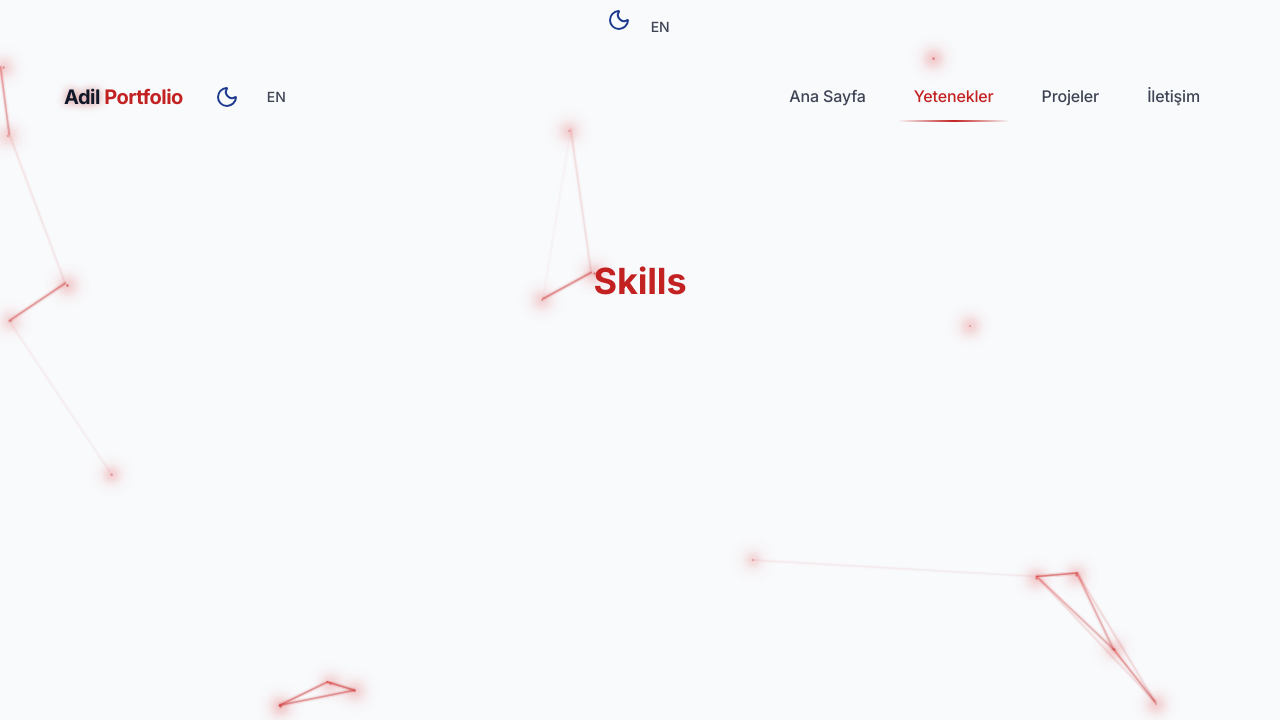
Repository: jusiann/personal-portfolio
Page: /tr/skills (app in my-portfolio/)
An editor plug-in stored every save of this project. The page is shown before and after the next save, followed by the edit.
The browser window is 1280 px wide. The pictures show the whole page.
The project was rebuilt for these pictures with package versions that can differ from the ones it lists, and the page was loaded fresh each time. Also part of the build but not shown: my-portfolio/vite.config.js, my-portfolio/src/components/HomeImage.jsx, my-portfolio/src/components/SocialLinks.jsx, my-portfolio/src/components/HomeCard.jsx, my-portfolio/src/pages/Home.jsx, my-portfolio/src/pages/Projects.jsx, my-portfolio/src/pages/Contact.jsx, my-portfolio/src/pages/NotFound.jsx.

Above is the page before, as saved 2025-11-20 00:13:28.

After the next save:
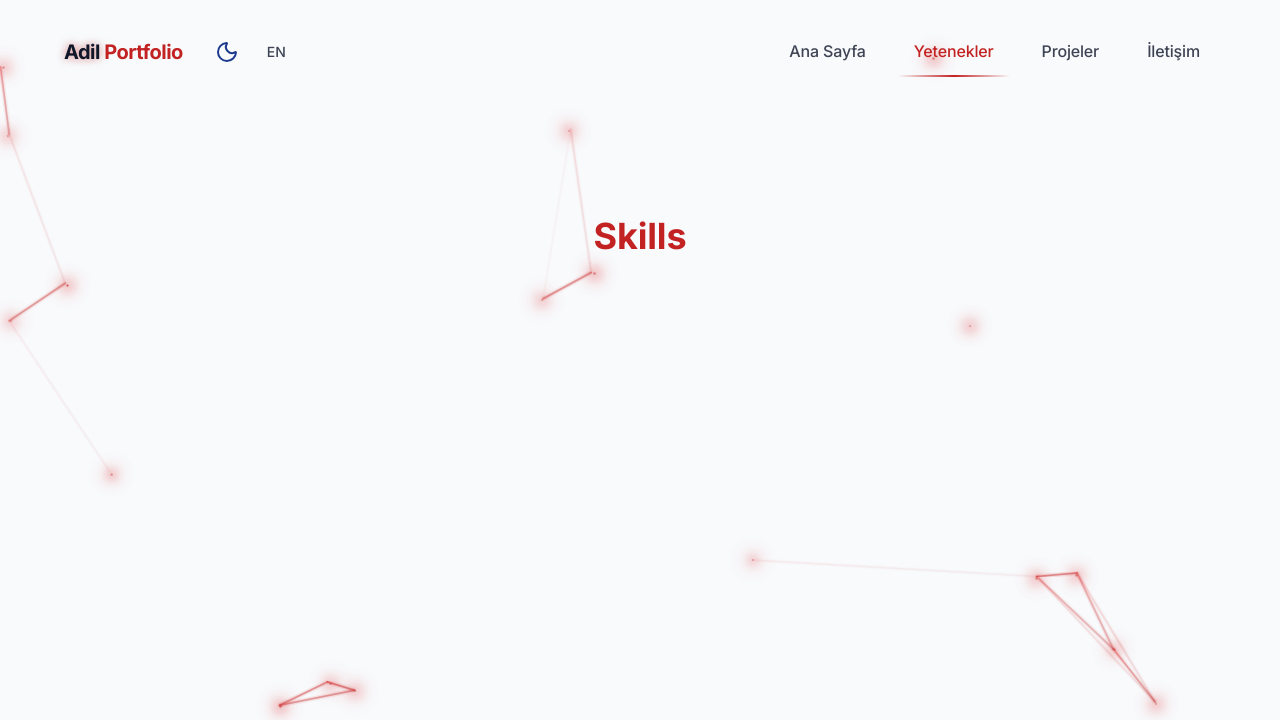
Saved 116 s later.
--- a/my-portfolio/src/pages/Skills.jsx
+++ b/my-portfolio/src/pages/Skills.jsx
@@ -12,10 +12,6 @@ export const Skills = () => {
                         bg-background
                         text-foreground
                         overflow-x-hidden">
-            {/* THEME TOGGLE */}
-            <ThemeToggle />
-            {/* LANGUAGE TOGGLE */}
-            <LanguageToggle />
             {/* BACKGROUND EFFECTS */}
             <CrimsonWebBackground />
 
